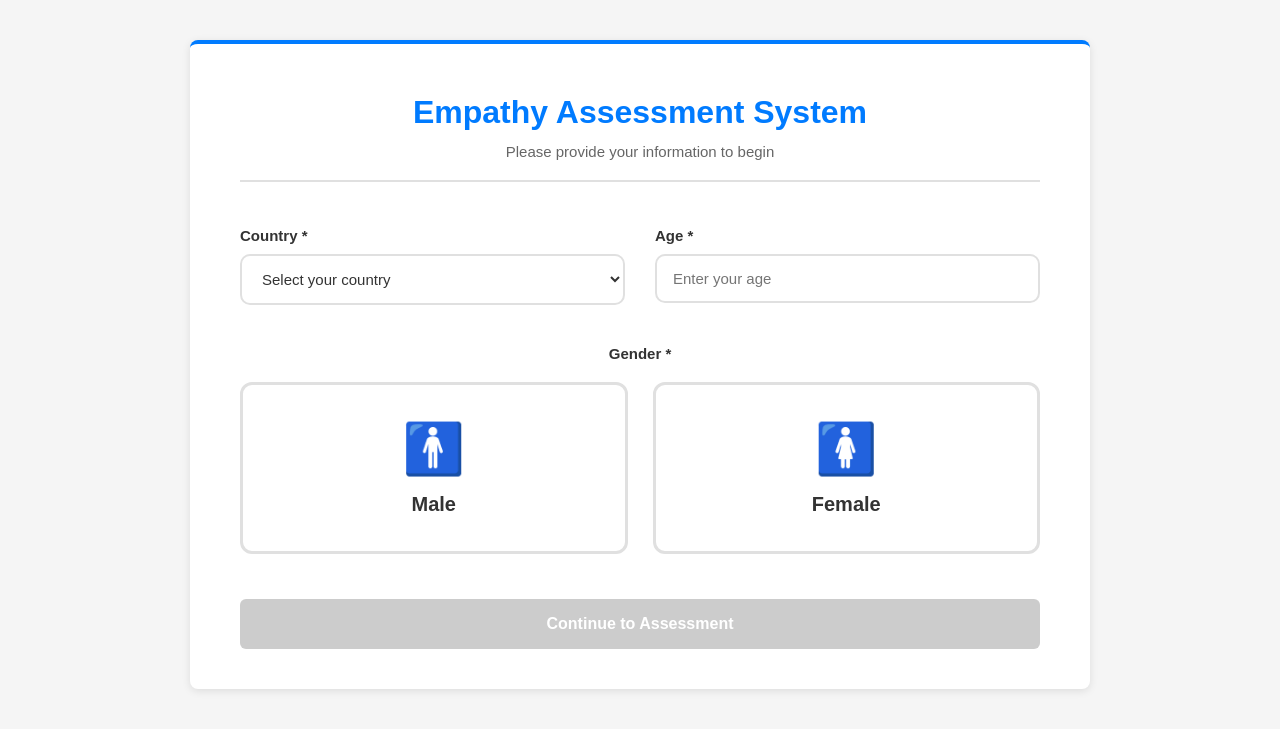
Repository: Matsuyou-Wang/MPES-system
Page: selection.html
These files come from the project's save history. The page is drawn as it stood at one moment and after the next save; the edit follows.
The browser window is 1280 px wide. The pictures show the whole page.

Above is the page before, as saved 2025-11-25 13:00:11.

After the next save:
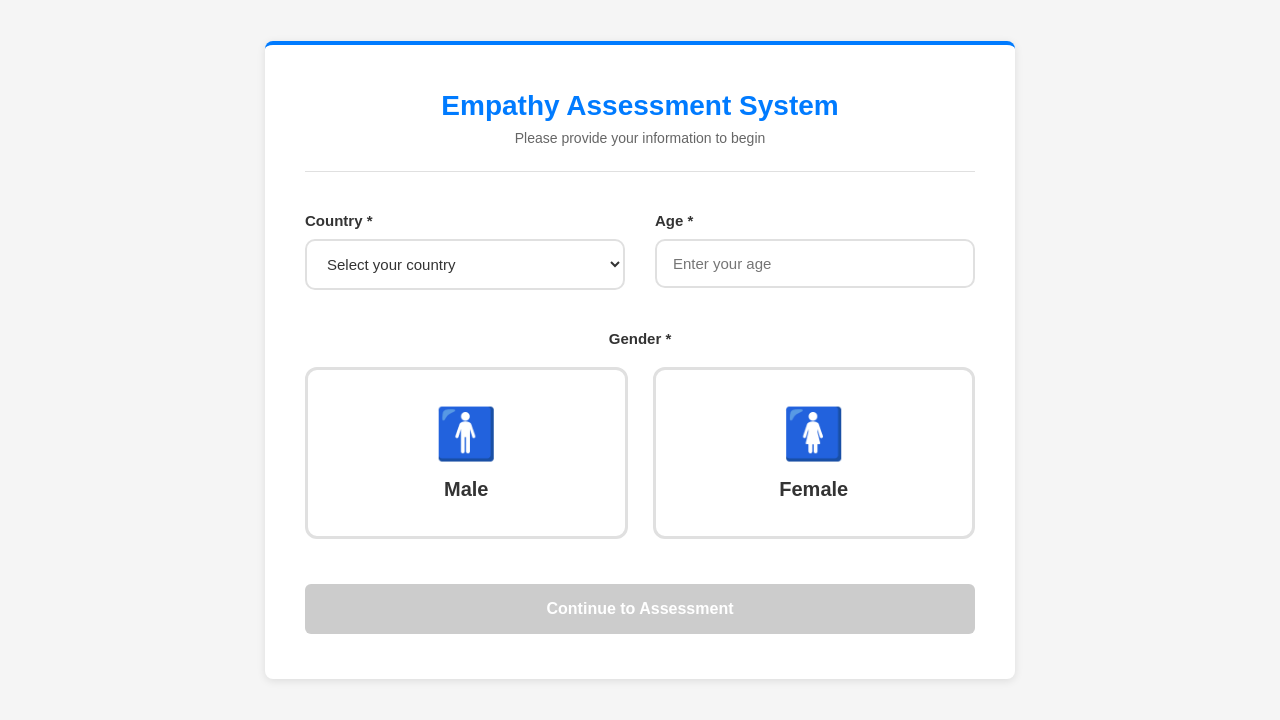
Saved 14 s later.
--- a/selection.html
+++ b/selection.html
@@ -3,7 +3,7 @@
 <head>
     <meta charset="UTF-8">
     <meta name="viewport" content="width=device-width, initial-scale=1.0">
-    <title>Empathy Assessment System</title>
+    <title>Annotation System</title>
     <style>
         * {
             margin: 0;
@@ -25,29 +25,29 @@
             background: white;
             border-radius: 8px;
             box-shadow: 0 2px 8px rgba(0, 0, 0, 0.1);
-            max-width: 900px;
+            max-width: 750px;
             width: 100%;
-            padding: 50px 50px 40px;
+            padding: 45px 40px;
             border-top: 4px solid #007bff;
         }
 
         .header {
             text-align: center;
-            margin-bottom: 45px;
-            padding-bottom: 20px;
-            border-bottom: 2px solid #e0e0e0;
+            margin-bottom: 40px;
+            padding-bottom: 25px;
+            border-bottom: 1px solid #e0e0e0;
         }
 
         .header h1 {
             color: #007bff;
-            font-size: 32px;
-            font-weight: 600;
-            margin-bottom: 12px;
+            font-size: 28px;
+            font-weight: 600;
+            margin-bottom: 8px;
         }
 
         .header p {
             color: #666;
-            font-size: 15px;
+            font-size: 14px;
         }
 
         .form-grid {
